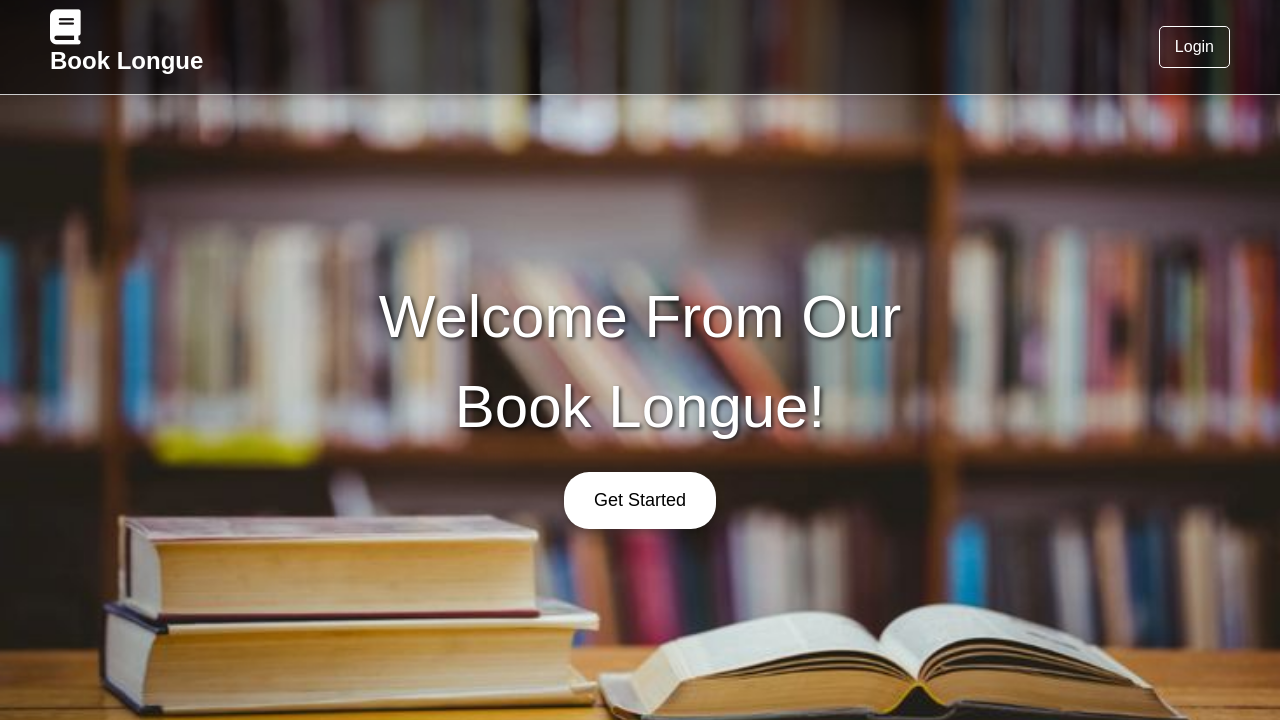
Repository: moehaymanmyint/Book-Longue-Web-System
Page: pages /GetStarted.html
An editor plug-in stored every save of this project. The page is shown before and after the next save, followed by the edit.
The browser window is 1280 px wide. The pictures show the whole page.

Above is the page before, as saved 2024-12-21 20:28:30.

### pages /GetStarted.html
<!DOCTYPE html>
<html lang="en">
<head>
    <meta charset="UTF-8">
    <meta name="viewport" content="width=device-width, initial-scale=1.0">
    <title>Book Longue - Get Started</title>
    <link href="https://cdn.jsdelivr.net/npm/bootstrap@5.3.3/dist/css/bootstrap.min.css" rel="stylesheet" integrity="sha384-QWTKZyjpPEjISv5WaRU9OFeRpok6YctnYmDr5pNlyT2bRjXh0JMhjY6hW+ALEwIH" crossorigin="anonymous">
    <script src="https://cdn.jsdelivr.net/npm/bootstrap@5.3.3/dist/js/bootstrap.bundle.min.js" integrity="sha384-YvpcrYf0tY3lHB60NNkmXc5s9fDVZLESaAA55NDzOxhy9GkcIdslK1eN7N6jIeHz" crossorigin="anonymous"></script>
    <link rel="stylesheet" href="../style/GetStarted.css">
    <link rel="stylesheet" href="https://cdnjs.cloudflare.com/ajax/libs/font-awesome/6.7.2/css/all.min.css" integrity="sha512-Evv84Mr4kqVGRNSgIGL/F/aIDqQb7xQ2vcrdIwxfjThSH8CSR7PBEakCr51Ck+w+/U6swU2Im1vVX0SVk9ABhg==" crossorigin="anonymous" referrerpolicy="no-referrer" />
</head>
<body>
    <div class="nav-bar">
        <div class="left">
            <i class="fa-solid fa-book"></i>
            <h1>Book Longue</h1>
        </div>
        <div class="right">
            <button type="button" class="btn btn-light">Login</button>
        </div>
    </div>
    <div class="content">
        <h1>Welcome From Our<br>Book Longue!</h1>
        <button type="button" class="btn btn-light">Get Started</button>
    </div>
</body>
</html>

### style/GetStarted.css
body {
    background-image: url(../src/GetStart-bg.jpg);
    background-size: cover;
    background-repeat: no-repeat;
    background-position: center;
    height: 100vh;
    color: #ffffff; /* White text for better readability */
    font-family: 'Arial', sans-serif;
    margin: 0;
}

.nav-bar {
    display: flex;
    justify-content: space-between;
    align-items: center;
    padding: 10px 50px;
    background-color: rgba(0, 0, 0, 0.6); /* Slightly transparent navbar background */
    border-bottom: 1px solid #ccc;
    position: fixed;
    width: 100%;
    z-index: 10;
    box-shadow: 0px 4px 6px rgba(0, 0, 0, 0.1);
}

.nav-bar .left i {
    font-size: 35px;
    margin-right: 10px;
    color: #fff;
}

.nav-bar h1 {
    font-size: 24px;
    color: #fff;
    font-weight: bold;
}

.nav-bar button {
    border: 1px solid #fff;
    background-color: transparent;
    color: #fff;
    padding: 8px 15px;
    border-radius: 5px;
    cursor: pointer;
    transition: 0.3s;
}

.nav-bar button:hover {
    background-color: #fff;
    color: #000;
}

.content {
    display: flex;
    flex-direction: column;
    align-items: center;
    justify-content: center;
    text-align: center;
    height: 100%;
    padding-top: 60px; /* Prevents overlapping with navbar */
}

.content h1 {
    font-size: 60px;
    text-align: center;
    line-height: 1.5;
    margin: 20px 0;
    color: #ffffff;
    text-shadow: 2px 2px 4px rgba(0, 0, 0, 0.7); /* Adds depth to the text */
}

.content button {
    border: none;
    padding: 15px 30px;
    font-size: 18px;
    color: #000;
    background-color: #fff;
    border-radius: 25px;
    cursor: pointer;
    box-shadow: 0px 4px 6px rgba(0, 0, 0, 0.2);
    transition: 0.3s;
}

.content button:hover {
    background-color: #f4b400; /* Adds an accent color on hover */
    color: #fff;
    transform: translateY(-2px); /* Subtle lift on hover */
}

After the next save:
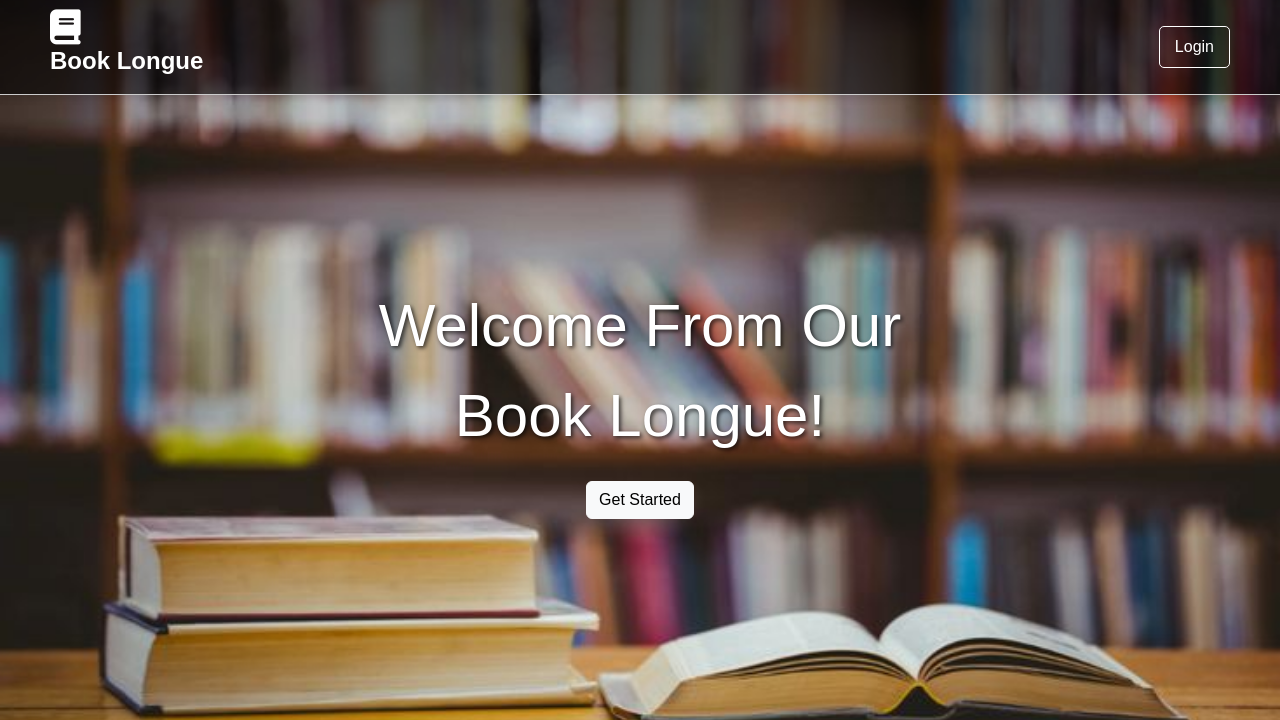
Saved 73 s later.
--- a/style/GetStarted.css
+++ b/style/GetStarted.css
@@ -4,7 +4,7 @@
     background-repeat: no-repeat;
     background-position: center;
     height: 100vh;
-    color: #ffffff; /* White text for better readability */
+    color: #ffffff;
     font-family: 'Arial', sans-serif;
     margin: 0;
 }
@@ -14,7 +14,7 @@
     justify-content: space-between;
     align-items: center;
     padding: 10px 50px;
-    background-color: rgba(0, 0, 0, 0.6); /* Slightly transparent navbar background */
+    background-color: rgba(0, 0, 0, 0.6);
     border-bottom: 1px solid #ccc;
     position: fixed;
     width: 100%;
@@ -56,7 +56,7 @@
     justify-content: center;
     text-align: center;
     height: 100%;
-    padding-top: 60px; /* Prevents overlapping with navbar */
+    padding-top: 60px;
 }
 
 .content h1 {
@@ -65,8 +65,7 @@
     line-height: 1.5;
     margin: 20px 0;
     color: #ffffff;
-    text-shadow: 2px 2px 4px rgba(0, 0, 0, 0.7); /* Adds depth to the text */
-}
+    text-shadow: 2px 2px 4px rgba(0, 0, 0, 0.7);
 
 .content button {
     border: none;
@@ -81,7 +80,7 @@
 }
 
 .content button:hover {
-    background-color: #f4b400; /* Adds an accent color on hover */
+    background-color: #460404;
     color: #fff;
-    transform: translateY(-2px); /* Subtle lift on hover */
+    transform: translateY(-2px);
 }

After the save that followed:
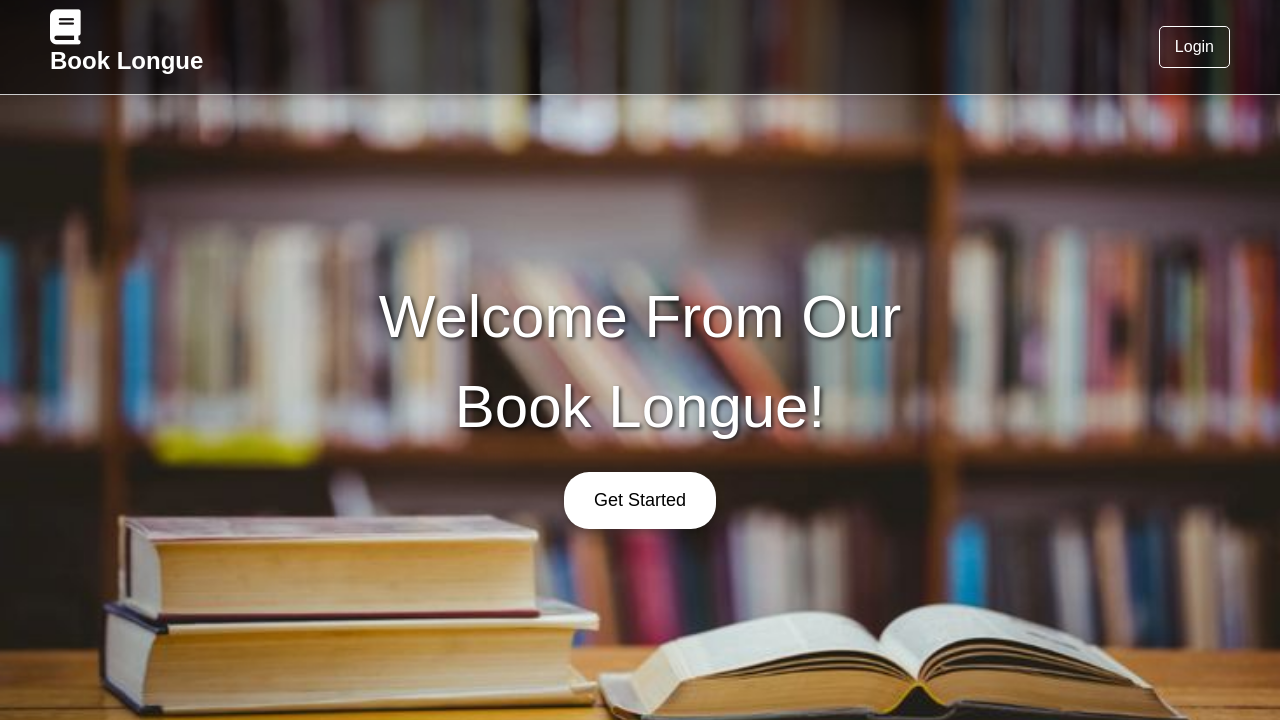
Saved 43 s later.
--- a/style/GetStarted.css
+++ b/style/GetStarted.css
@@ -66,7 +66,7 @@
     margin: 20px 0;
     color: #ffffff;
     text-shadow: 2px 2px 4px rgba(0, 0, 0, 0.7);
-
+}
 .content button {
     border: none;
     padding: 15px 30px;
